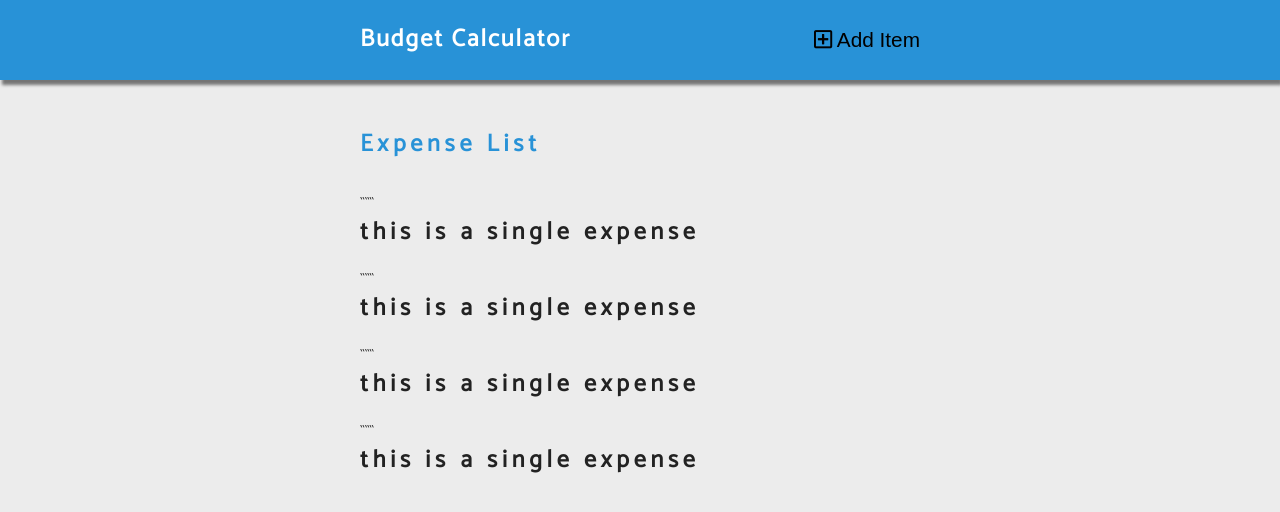
Repository: webdril/budget
Page: /
The author's editor kept a copy of each file at every save. The page is drawn from the files as they stood at one save, then again after the next save.
The browser window is 1280 px wide. The pictures show the whole page.
The project was rebuilt for these pictures with package versions that can differ from the ones it lists, and the page was loaded fresh each time.

Above is the page before, as saved 2020-03-02 00:53:05.

After the next save:
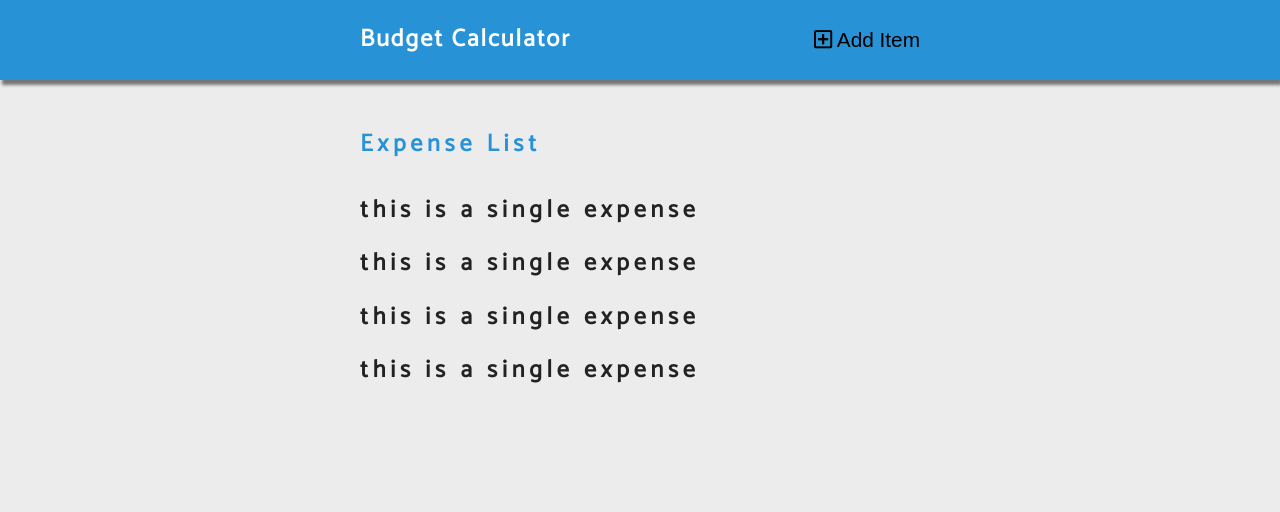
Saved 4 min 30 s later.
--- a/src/ExpensesList.svelte
+++ b/src/ExpensesList.svelte
@@ -8,7 +8,7 @@ export let expenses = [];
     <SectionTitle title= 'expense list' />
     <ul>
         {#each expenses as expense}
-    ``````<Expense />
+            <Expense />
         {/each}
     </ul>
 </section>
